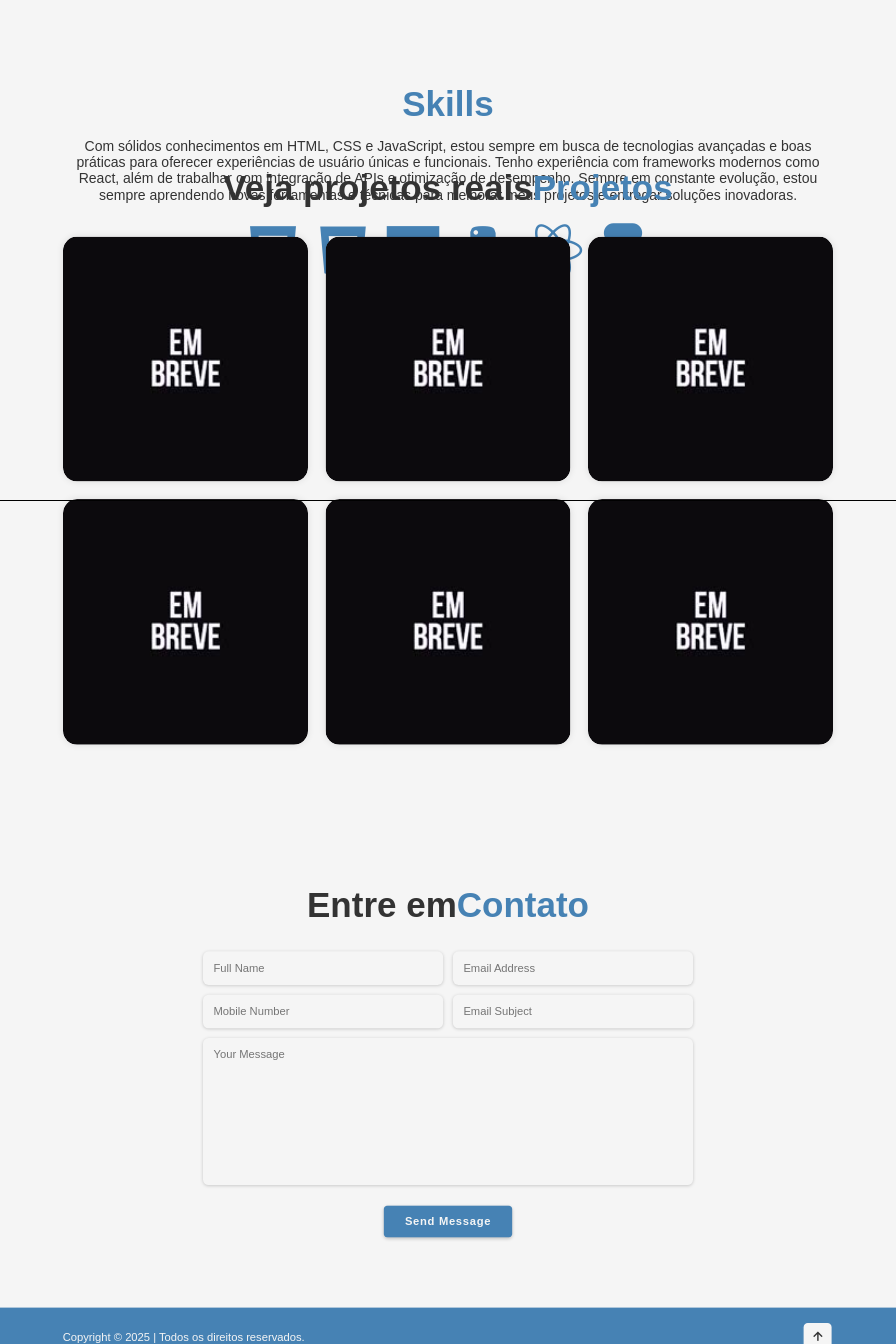
Repository: AliciaKathleen/portfolio-2025
Page: index.html
An editor plug-in stored every save of this project. The page is shown before and after the next save, followed by the edit.
The browser window is 1280 px wide. The pictures show the part of the page from y = 2190 to 4110 px (the page is 4142 px tall before and 4200 px after), at 70% of full size.

Above is the page before, as saved 2025-01-27 18:02:09.
Console error: TypeError: Cannot read properties of null (reading 'classList')

After the next save:
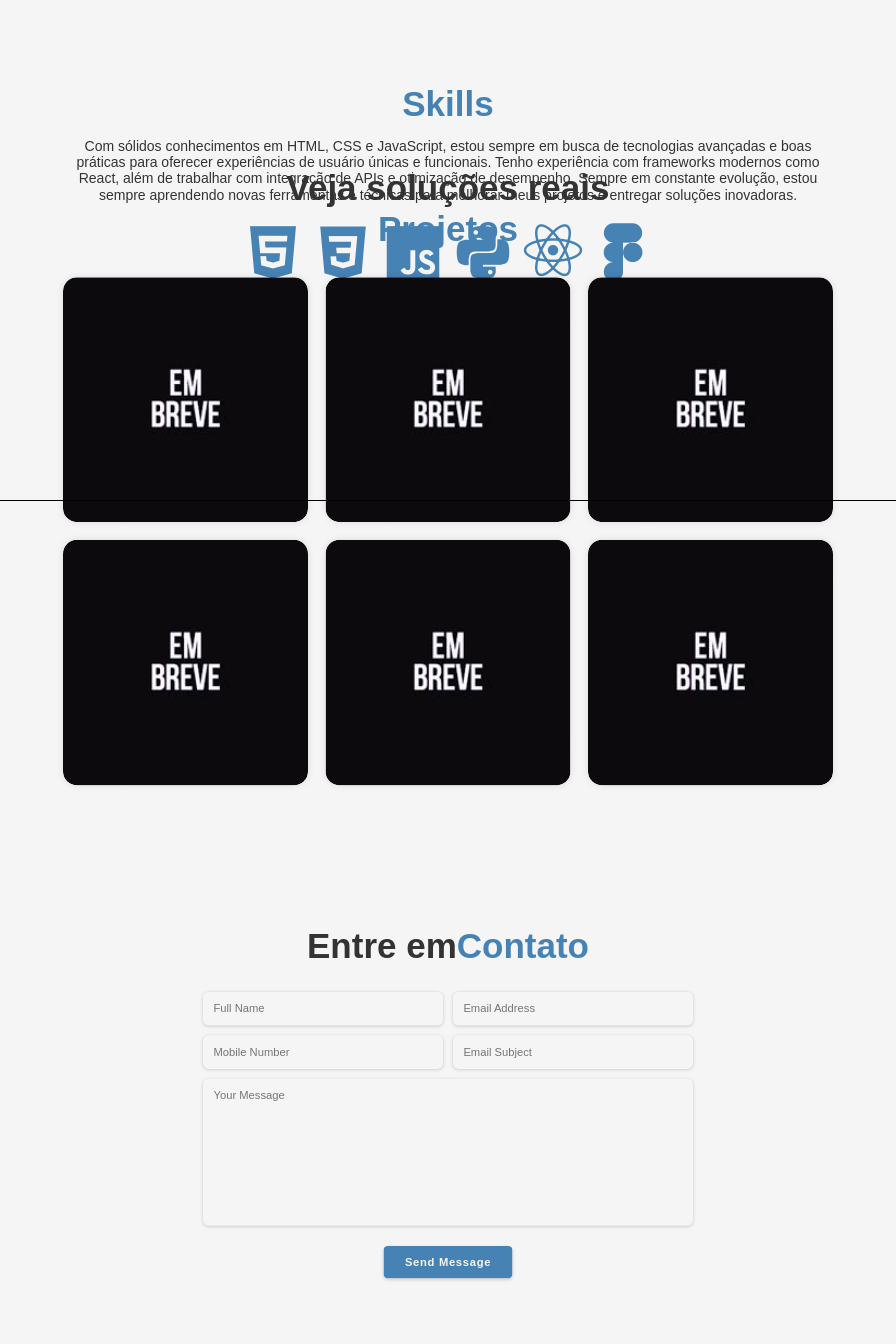
Saved 18 s later.
--- a/index.html
+++ b/index.html
@@ -146,7 +146,7 @@
     </section>
 
     <section class="portfolio" id="portfolio">
-        <h2 class="heading">Veja projetos reais<span>Projetos</span></h2>
+        <h2 class="heading">Veja soluções reais <br> <span>Projetos</span></h2>
 
         <div class="portfolio-container">
             <div class="portfolio-box">
